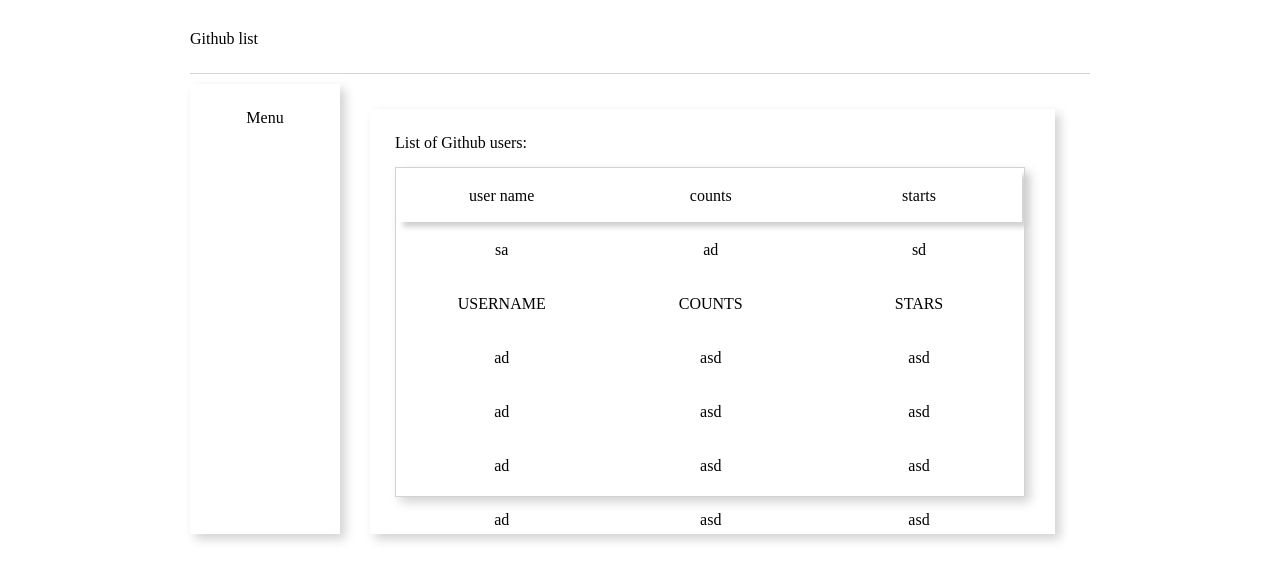
Repository: SzymonRoche/gitStars
Page: index.html
These files come from the project's save history. The page is drawn as it stood at one moment and after a run of saves; the edit follows.
The browser window is 1280 px wide. The pictures show the whole page.

Above is the page before, as saved 2020-02-15 18:29:11.

### index.html
<!DOCTYPE html>
<html lang="en">

<head>
  <meta charset="UTF-8">
  <meta name="viewport" content="width=device-width, initial-scale=1.0">
  <link rel="stylesheet" type="text/css" href="style.css">
  <link href="https://fonts.googleapis.com/css?family=Roboto" rel="stylesheet">
  <meta http-equiv="X-UA-Compatible" content="ie=edge">
  <title>Github List</title>
</head>

<body class="app">

  <div class="title"> Github list </div>
  <div class="aside"> Menu </div>
  <div class="content"> List of Github users:
    <table class="my-table">


        <TR class="firts"> <TD> user name </TD><TD> counts </TD><TD> starts </TD></TR>

        <TR> <TD> sa</TD><TD> ad</TD><TD> sd</TD></TR>
        <TR> <TD>ad </TD><TD> asd</TD><TD> asd</TD></TR>
        <TR> <TD>ad </TD><TD> asd</TD><TD> asd</TD></TR>
        <TR> <TD>ad </TD><TD> asd</TD><TD> asd</TD></TR>
        <TR> <TD>ad </TD><TD> asd</TD><TD> asd</TD></TR>


    </table>
  </div>

</body>
<script src="main.js" type="module"></script>
</html>

### style.css
.app{

    width: 900px;
    height: 500px;
    margin: 0 auto;
}


.title{
    margin-top: 30px;
    margin-bottom: 10px;
    padding-bottom: 25px;
    border-bottom: 1px solid  rgb(211, 210, 210);
}

.aside{
    display: block;
    width: 150px;
    height: 425px;
    padding-top: 25px;
    text-align: center;
    float:left;
    box-shadow: rgb(211, 210, 210) 5px 5px 10px;
}

.content{
    display: block;
    padding-top: 25px;
    padding-left: 25px;
    width: 660px;
    height: 400px;
    margin: 35px 20%;
    box-shadow: rgb(211, 210, 210) 5px 5px 10px;

}

.my-table{
    display: block;
    width: 630px;
    height: 330px;
    margin: 15px auto 0px 0;
    box-shadow: rgb(211, 210, 210) 5px 5px 10px;
    border: 1px solid rgb(211, 210, 210);

}

td{
    width: 210px;
    height: 50px;
    text-align: center;

}

.firts{
    box-shadow: rgb(211, 210, 210) 5px 5px 5px;
    border-bottom: 5px solid red;
}

### main.js
import  userNames  from "./users.js";
import tabela from "./tabele.js";

function CreateTabele() {

    const tab = document.querySelector(".my-table");
    const tabela = tab.insertRow(2);

    const topLeft = tabela.insertCell(0);
    const topMiddle = tabela.insertCell(1);
    const TopRight = tabela.insertCell(2);

    topLeft.innerHTML = "USERNAME"
    topMiddle.innerHTML = "COUNTS"
    TopRight.innerHTML = "STARS"


};

CreateTabele();


console.log(tabela);

### users.js
const userNames = () => {
    // All users that you need to display.
    console.log(`wyświetla userNames`)
    return ['yyx990803', 'toddmotto', 'johnpapa', 'angular', 'facebook', 'vuejs']
};



export default () => {
    userNames()
};

### tabele.js

const tabela = ["dick", "rick","majk"]






export default tabela ;

After the next 5 saves:
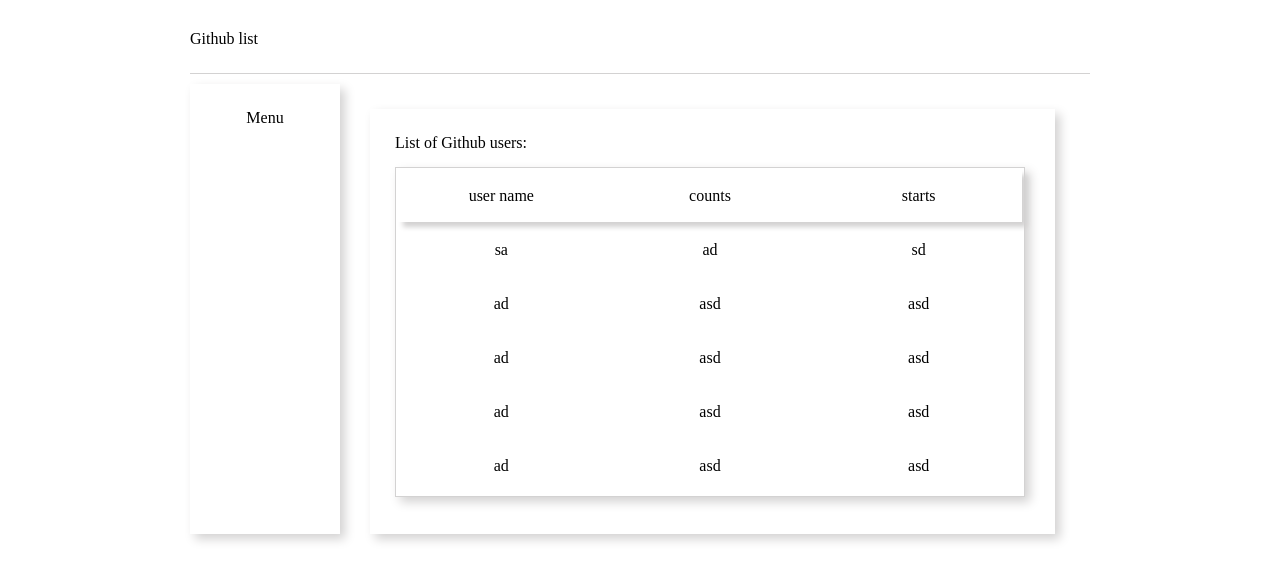
Console error: SyntaxError: missing ) after argument list
The 5 saves are shown as one change because they came seconds apart.
The last was saved 24 s later.
--- a/main.js
+++ b/main.js
@@ -4,7 +4,7 @@
 function CreateTabele() {
 
     const tab = document.querySelector(".my-table");
-    const tabela = tab.insertRow(2);
+    const tabela = tab.insertRow(2;
 
     const topLeft = tabela.insertCell(0);
     const topMiddle = tabela.insertCell(1);

After the 3 saves that followed:
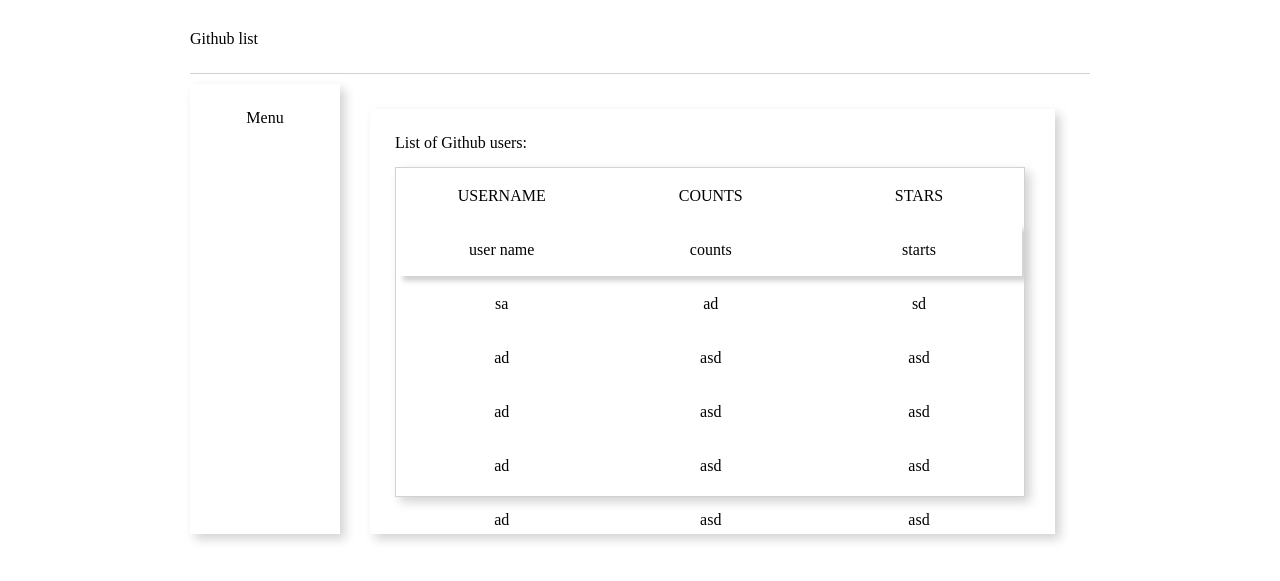
The error is gone.
The 3 saves are shown as one change because they came seconds apart.
The last was saved 6 s later.
--- a/main.js
+++ b/main.js
@@ -4,7 +4,7 @@
 function CreateTabele() {
 
     const tab = document.querySelector(".my-table");
-    const tabela = tab.insertRow(2;
+    const tabela = tab.insertRow(0);
 
     const topLeft = tabela.insertCell(0);
     const topMiddle = tabela.insertCell(1);
